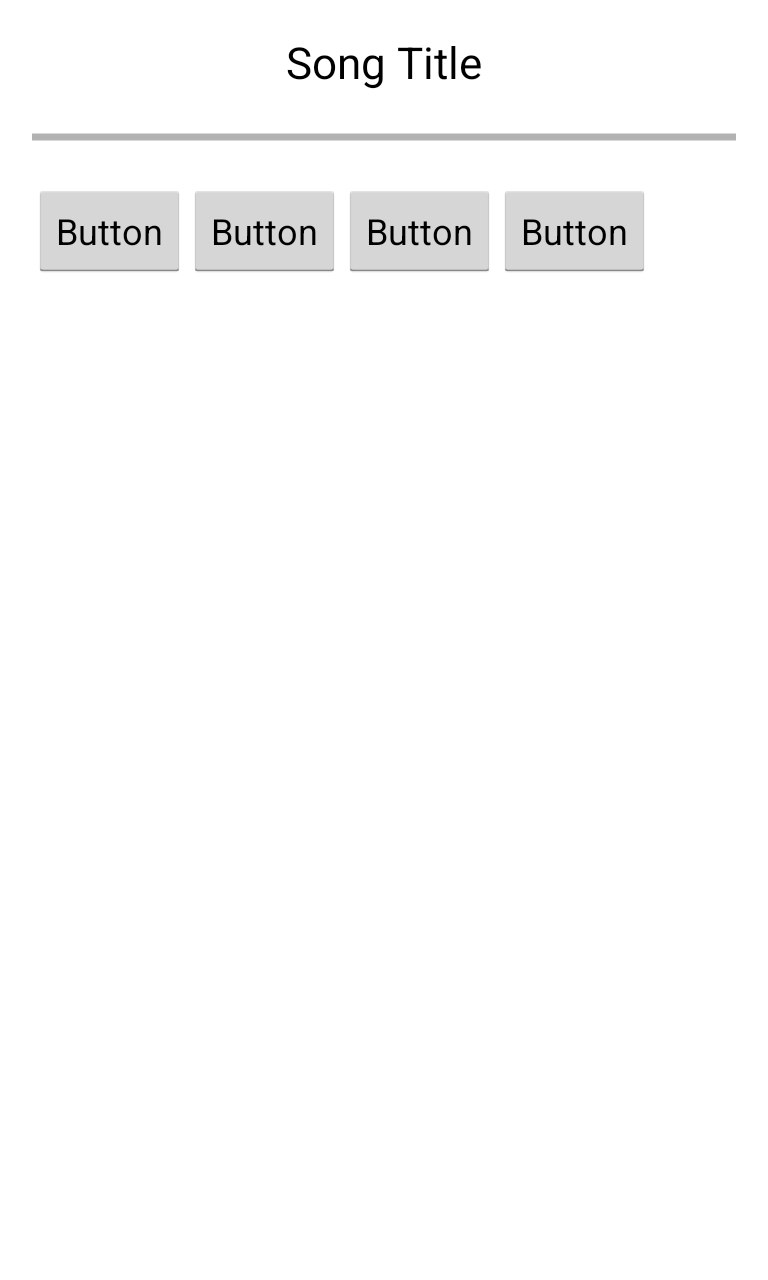
Repository: laurenelder/MDF3
Layout: MiniMediaPlayer/res/layout/activity_main.xml
These files come from the project's save history. The layout is drawn as it stood at one moment and after the next save; the edit follows.
It is drawn on a 768 x 1280 px phone screen (xhdpi) without system bars, with theme AppTheme; the app's code is not run.

Above is the layout before, as saved 2014-09-05 16:49:06.

After the next save:
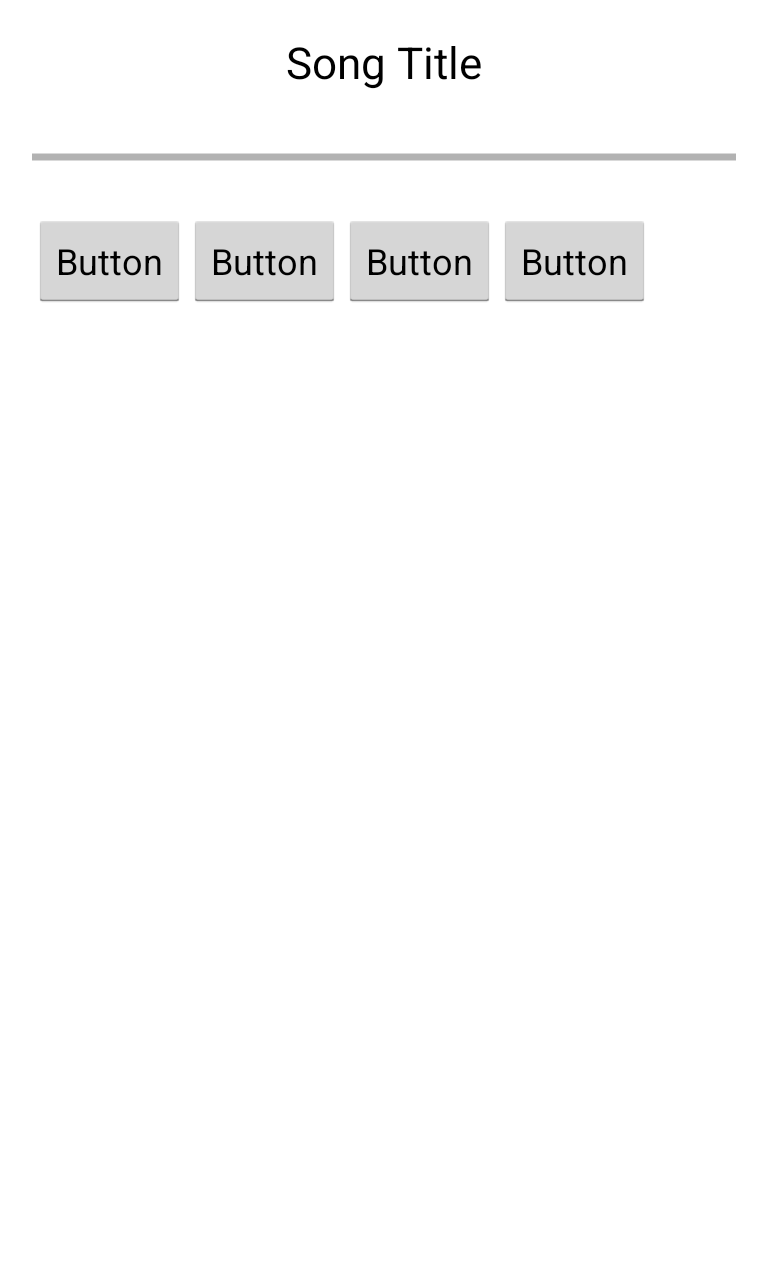
Saved 36 s later.
--- a/MiniMediaPlayer/res/layout/activity_main.xml
+++ b/MiniMediaPlayer/res/layout/activity_main.xml
@@ -23,13 +23,13 @@
         style="?android:attr/progressBarStyleHorizontal"
         android:layout_width="match_parent"
         android:layout_height="wrap_content"
-        android:layout_marginTop="15dp"
+        android:layout_marginTop="25dp"
         android:gravity="center" />
 
     <LinearLayout
         android:layout_width="match_parent"
         android:layout_height="wrap_content"
-        android:layout_marginTop="15dp" >
+        android:layout_marginTop="20dp" >
 
         <Button
             android:id="@+id/previousBtn"
